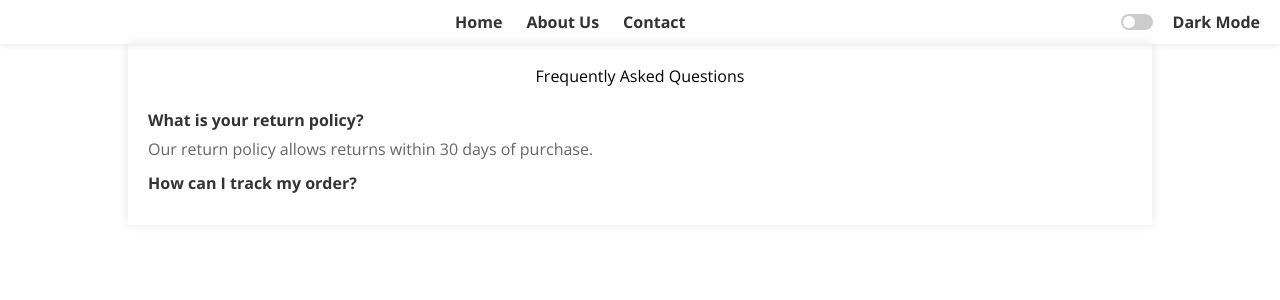
Repository: sriram1224/Text-converter
Page: /about, after clicking the first element matching `div.faq-question`
These files come from the project's save history. The page is drawn as it stood at one moment and after the next save; the edit follows.
The browser window is 1280 px wide. The pictures show the whole page.
The project was rebuilt for these pictures with package versions that can differ from the ones it lists, and the page was loaded fresh each time. Also part of the build but not shown: src/Home.css, src/Home.jsx.

Above is the page before, as saved 2024-03-27 03:59:16.

After the next save:
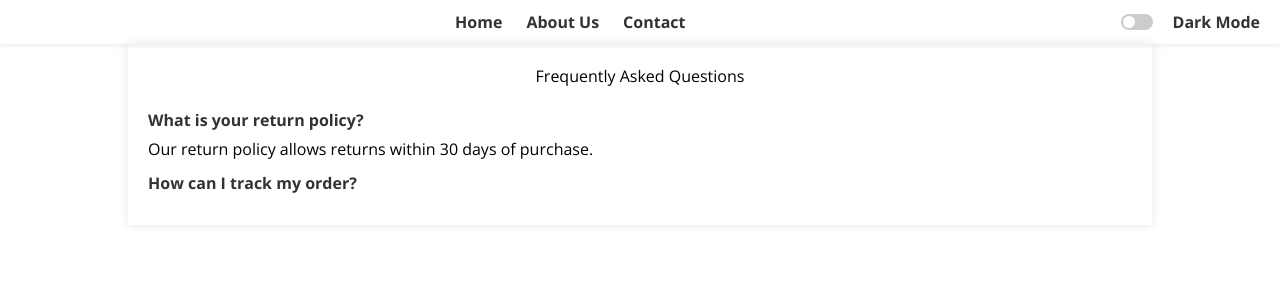
Saved 28 s later.
--- a/src/about.css
+++ b/src/about.css
@@ -21,5 +21,5 @@
 
 .faq-answer {
     margin-top: 5px;
-    color: #666;
+
 }
